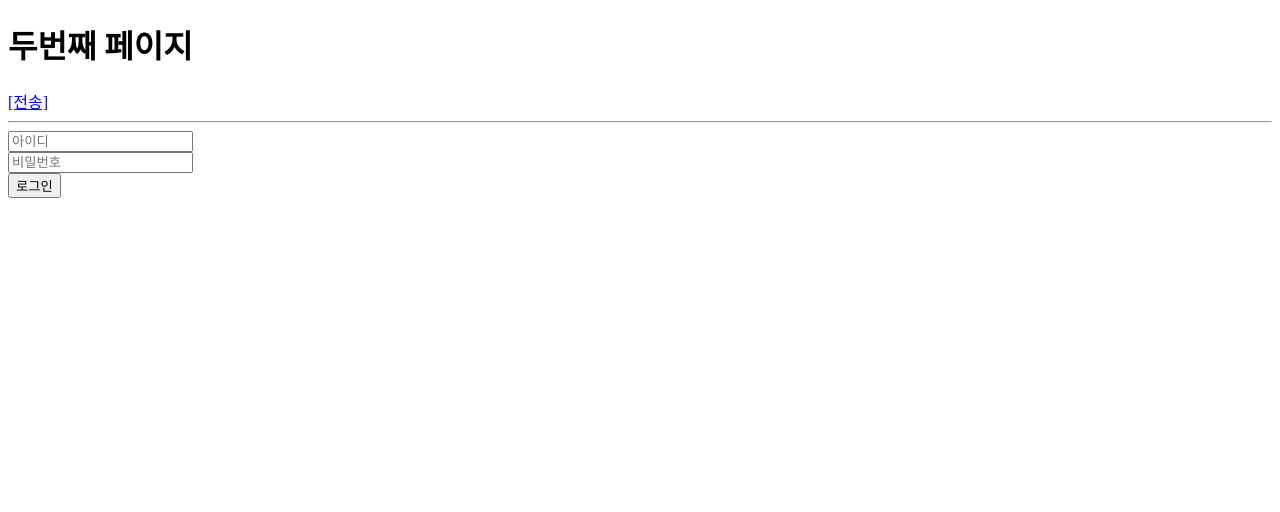
Repository: Nyaguri/sts3
Page: http://localhost/spring-jsp01/mavCase
The author's editor kept a copy of each file at every save. The page is drawn from the files as they stood at one save, then again after the next save.
The browser window is 1280 px wide. The pictures show the whole page.
The page is served by Tomcat 9.

Above is the page before, as saved 2024-02-02 05:44:04.

After the next save:
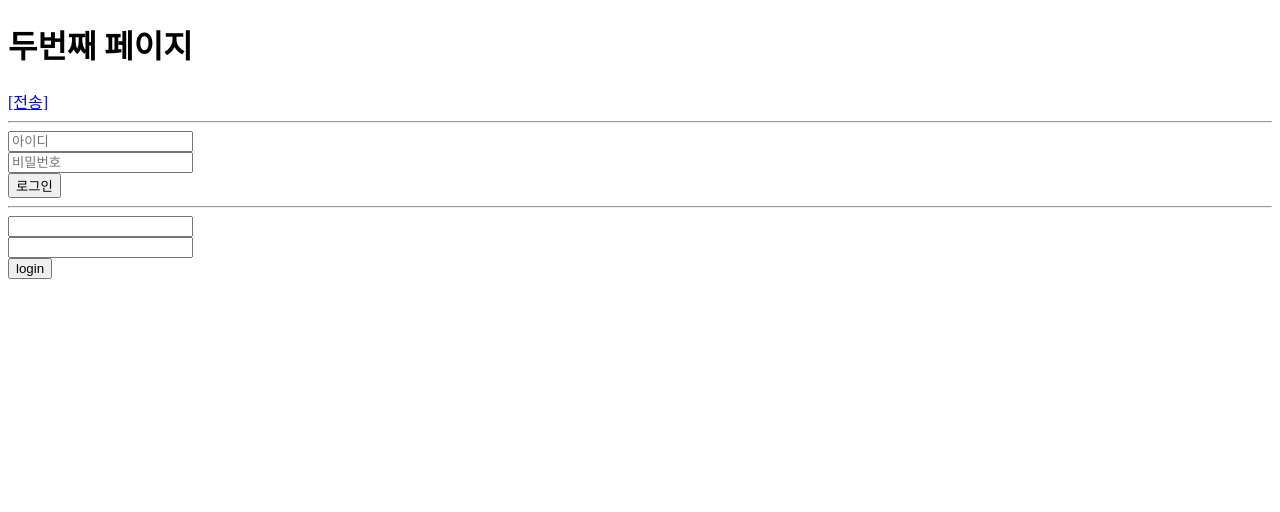
Console error: ReferenceError: logbtn is not defined
Saved 26 min 56 s later.
--- a/spring-jsp01/src/main/webapp/WEB-INF/views/modelAndView.jsp
+++ b/spring-jsp01/src/main/webapp/WEB-INF/views/modelAndView.jsp
@@ -15,5 +15,23 @@
 	<input type="password" name="pwd" placeholder="비밀번호"><br>
 	<input type="submit" value="로그인">
 </form>
+<hr>
+<input type="text" id="id_in"><br>
+<input type="password" id="pw_in"><br>
+<!-- <input type="button" value="login"> -->
+<button id="lbtn">login</button>
 </body>
+<script type="text/javascript">
+const idinput = document.querySelector("#id_in");
+const pwinput = document.querySelector("#pw_in");
+const lofbtn = document.querySelector("#lbtn");
+
+logbtn.onclick = function() {
+	let idv = idinput.value;
+	let pwv = pwinput.value;
+	console.log(idv);
+	console.log(pwv);
+	location.href=`login?id=${idinput.value}&pwd=${pwinput.value}`;
+}
+</script>
 </html>

After the 5 saves that followed:
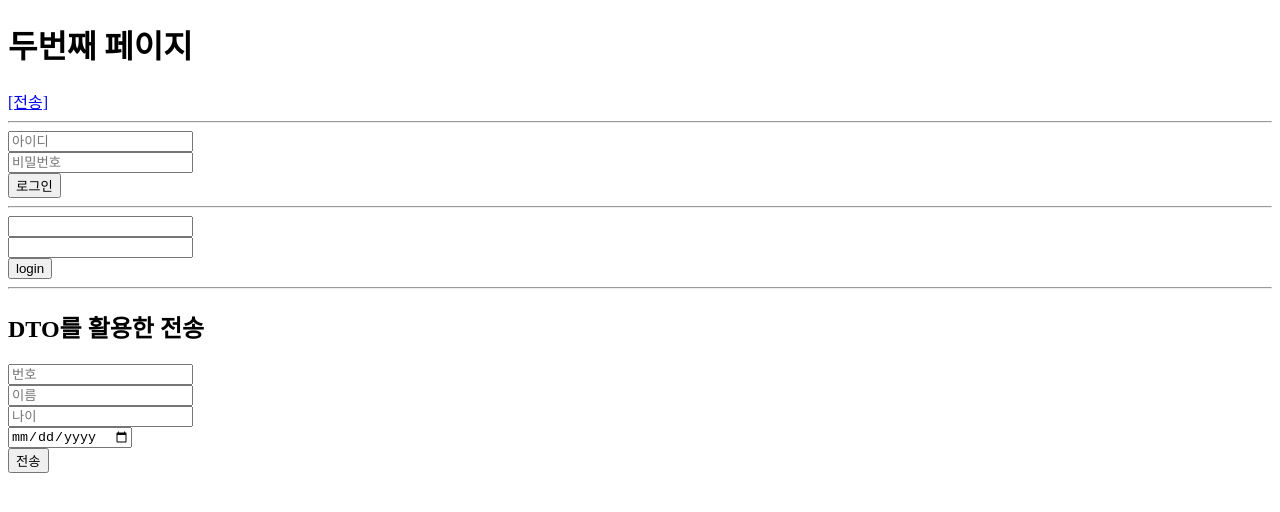
The error is gone.
The 5 saves are shown as one change because 4 left the picture as it was.
The last was saved 13 min 15 s later.
--- a/spring-jsp01/src/main/webapp/WEB-INF/views/modelAndView.jsp
+++ b/spring-jsp01/src/main/webapp/WEB-INF/views/modelAndView.jsp
@@ -10,7 +10,7 @@
 <h1>${sec_data}</h1>
 <a href="send?id=user&num1=1234&num2=73">[전송]</a>
 <hr>
-<form action="login" method="post">
+<form action="login">
 	<input type="text" name="id" placeholder="아이디"><br>
 	<input type="password" name="pwd" placeholder="비밀번호"><br>
 	<input type="submit" value="로그인">
@@ -20,18 +20,29 @@
 <input type="password" id="pw_in"><br>
 <!-- <input type="button" value="login"> -->
 <button id="lbtn">login</button>
+<hr>
+<h2>DTO를 활용한 전송</h2>
+<form action="dtoSend" method="post">
+	<input type="number" name="code" placeholder="번호"><br>
+	<input type="text" name="strData" placeholder="이름"><br>
+	<input type="number" name="numData" placeholder="나이"><br>
+	<input type="date" name="dateData" placeholder="생일"><br>
+	<input type="submit" value="전송">
+</form>
 </body>
 <script type="text/javascript">
+// js로 데이터 전송 : GET 방식. location.href 활용법
 const idinput = document.querySelector("#id_in");
 const pwinput = document.querySelector("#pw_in");
-const lofbtn = document.querySelector("#lbtn");
+const logbtn = document.querySelector("#lbtn");
 
-logbtn.onclick = function() {
+logbtn.onclick = function(){
 	let idv = idinput.value;
 	let pwv = pwinput.value;
-	console.log(idv);
-	console.log(pwv);
-	location.href=`login?id=${idinput.value}&pwd=${pwinput.value}`;
+	//console.log(idv);
+	//console.log(pwv);
+	let str = "login?id=" + idv + "&pwd=" + pwv;
+	location.href=str;
 }
 </script>
 </html>
